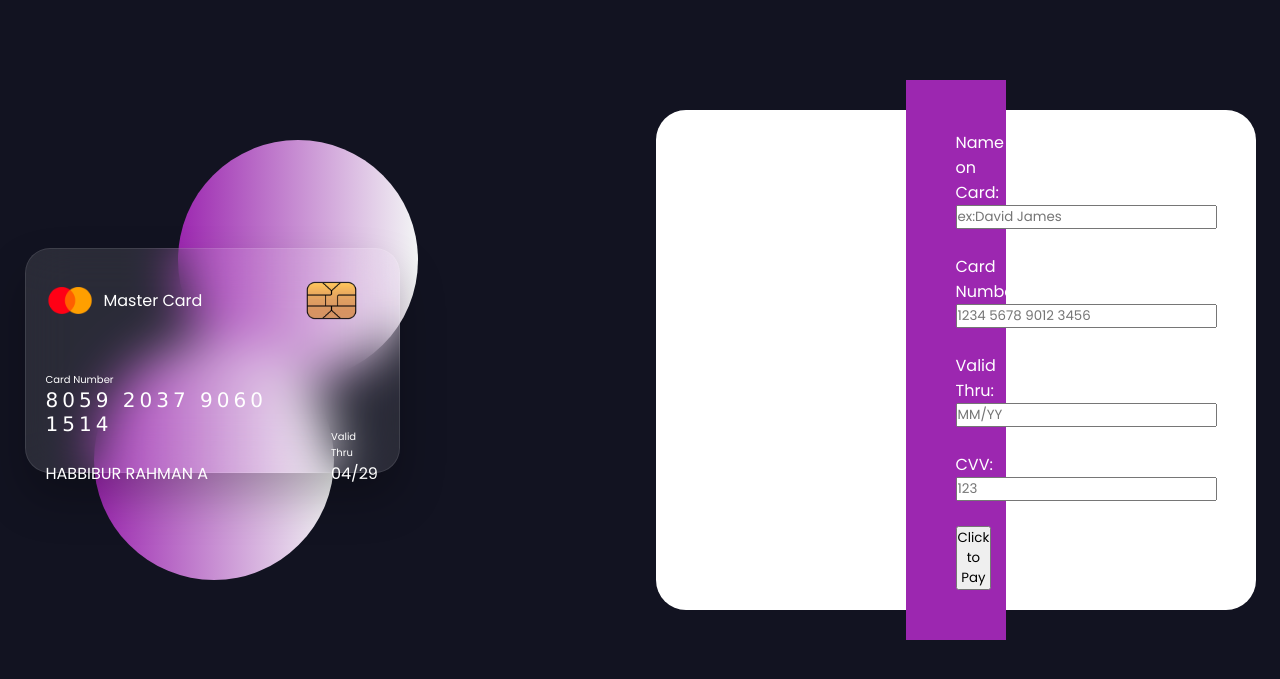
Repository: Habeebur1493/-002-Prompt
Page: index.html
These files come from the project's save history. The page is drawn as it stood at one moment and after a run of saves; the edit follows.
The browser window is 1280 px wide. The pictures show the whole page.

Above is the page before, as saved 2024-09-11 01:22:49.

After the next 3 saves:
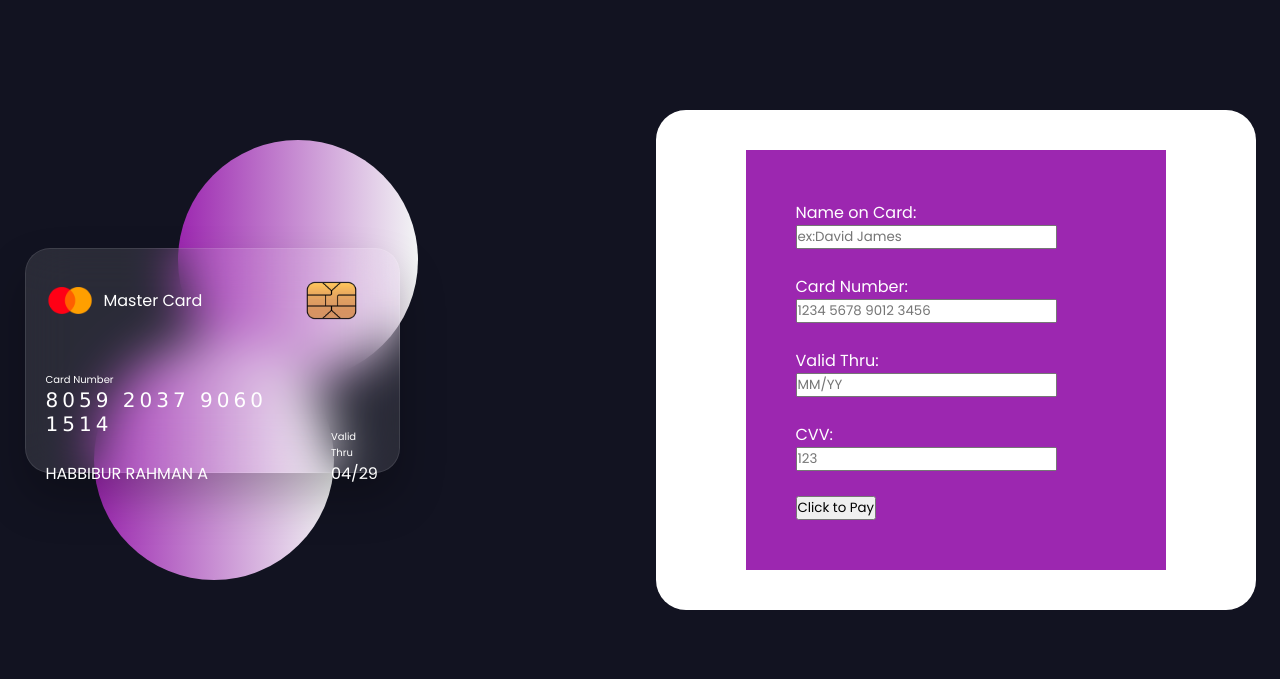
The 3 saves are shown as one change because they came seconds apart.
The last was saved 10 s later.
--- a/style.css
+++ b/style.css
@@ -178,7 +178,7 @@
     flex-direction: column;
     justify-content: center;
     align-items: flex-start;
-    width: 10%;
+    width: 70%;
     padding: 50px;
     background-color: #9c27b0;
 }
